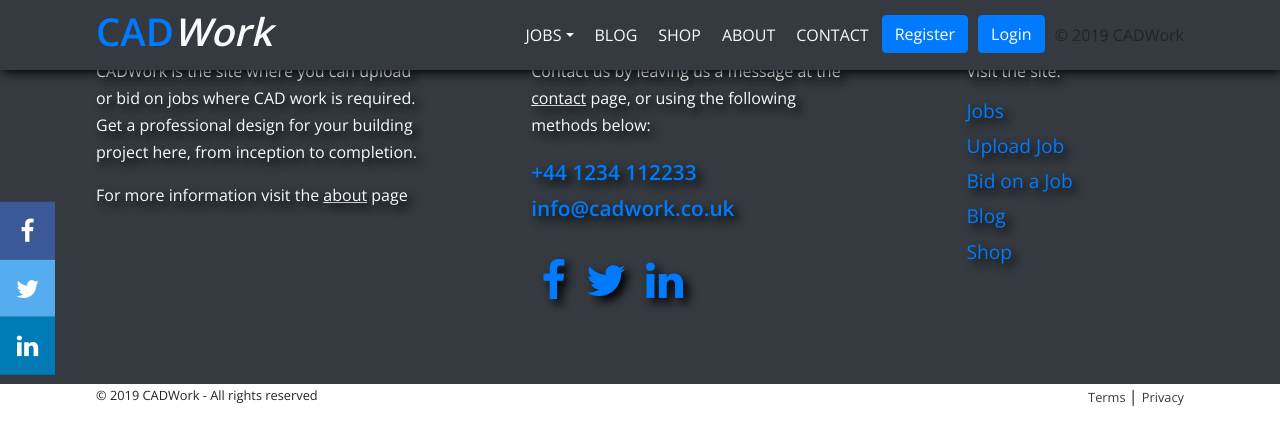
Repository: JShad30/cadwork
Page: templates/base.html
The author's editor kept a record of every edit. The page is drawn from the files as they stood at one moment, then again after the next edit.
The browser window is 1280 px wide. The pictures show the whole page.
The template is drawn by Django 2.2. The application's start-up code is not run. The template is opened directly, without the code that normally fills it, so the values that code supplies are empty.

Above is the page before.

After the next edit:
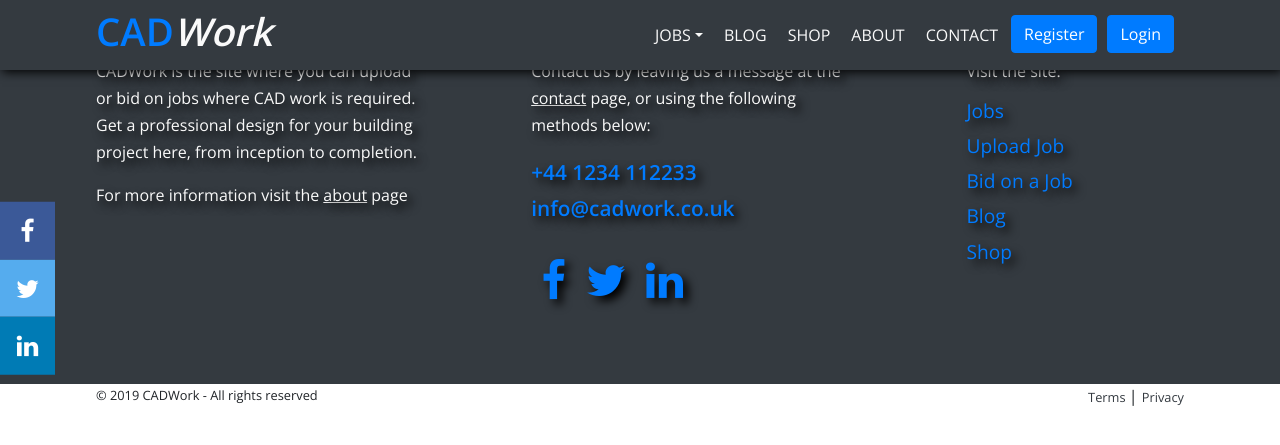
The edit:
--- a/templates/base.html
+++ b/templates/base.html
@@ -69,9 +69,9 @@
 		            {% endif %}
 		    	</ul>
 		    	<!--Contact and about page only appears in mobile views-->
-		        <div class="contact-about-navbar">
-		          	<div class="contact-about-navbar-links">
-		          		<span class="contact-about-link">&#169; 2019 CADWork</span>
+		        <div class="terms-privacy-navbar">
+		          	<div class="terms-privacy-navbar-links">
+		          		<span class="terms-privacy-link">&#169; 2019 CADWork</span>
 		          		<div class="terms-privacy-navbar">
 				            <a id="terms-navbar" class="terms-privacy-link" href="#">Terms</a> | <a id="privacy-navbar" class="terms-privacy-link" href="#">Privacy</a>
 			            </div>
